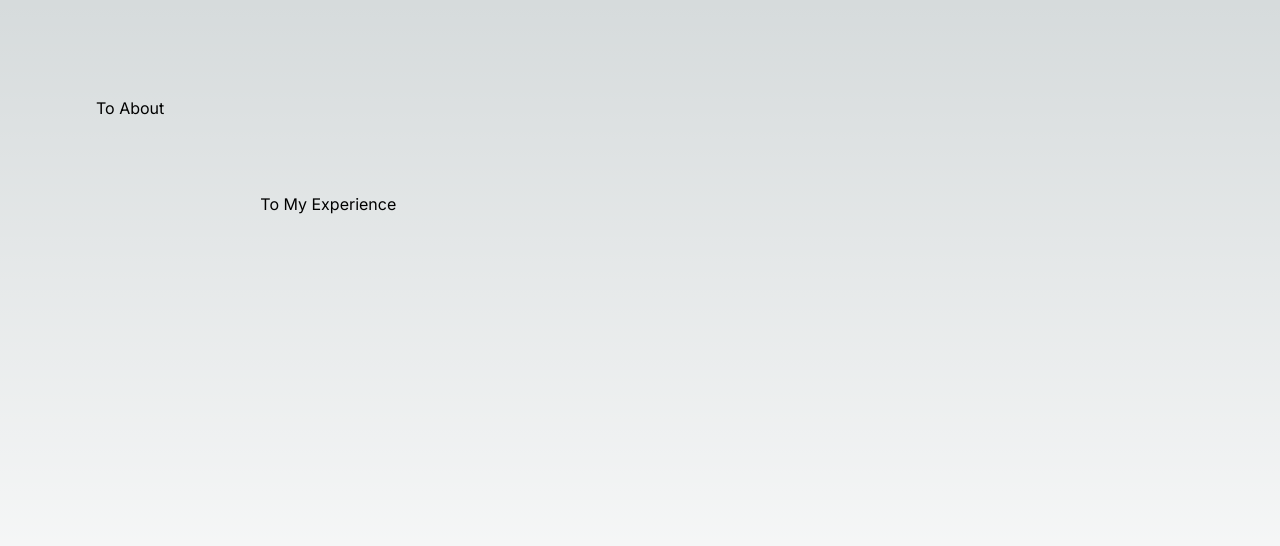
Repository: ShellyDeng08/learn-nextjs-course
Page: /
These files come from the project's save history. The page is drawn as it stood at one moment and after the next save; the edit follows.
The browser window is 1280 px wide. The pictures show the whole page.
The project was rebuilt for these pictures with package versions that can differ from the ones it lists, and the page was loaded fresh each time. The framework's server and built-in components were replaced by stand-ins that run in the browser. Also part of the build but not shown: next.config.js.

Above is the page before, as saved 2023-12-21 11:24:39.

After the next save:
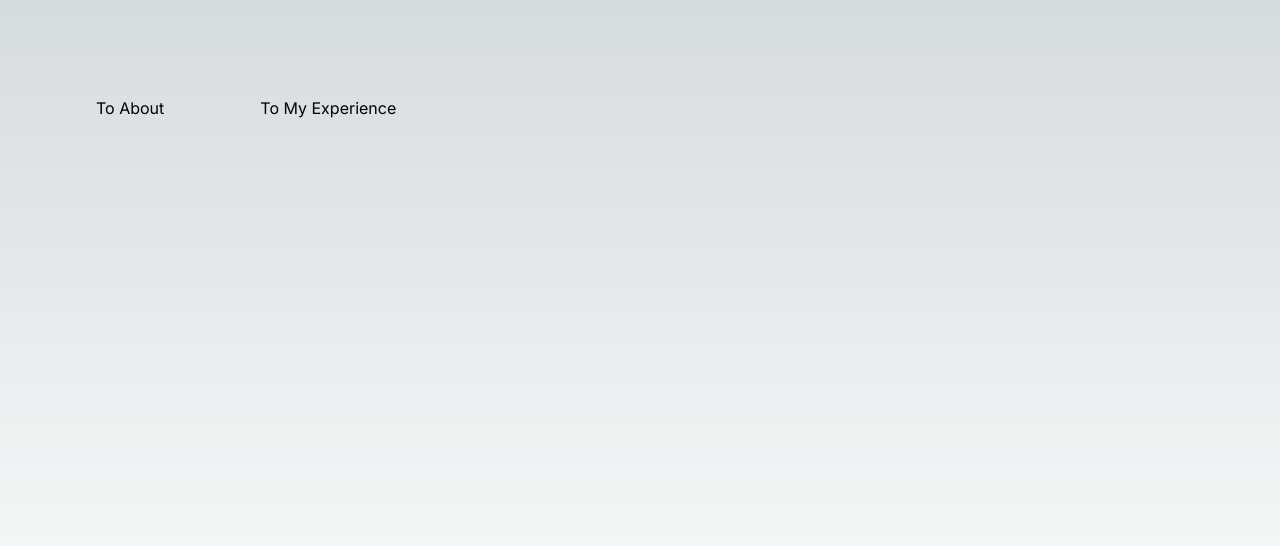
Saved 16 s later.
--- a/src/app/page.tsx
+++ b/src/app/page.tsx
@@ -5,7 +5,7 @@ export default function Home() {
   return (
     <main className="flex min-h-screen center p-24">
       <Link href={'/about'}>To About</Link>
-      <Link href={'/about/experience'} className='p-24'>To My Experience</Link>
+      <Link href={'/about/experience'} className='pl-24'>To My Experience</Link>
     </main>
   )
 }
